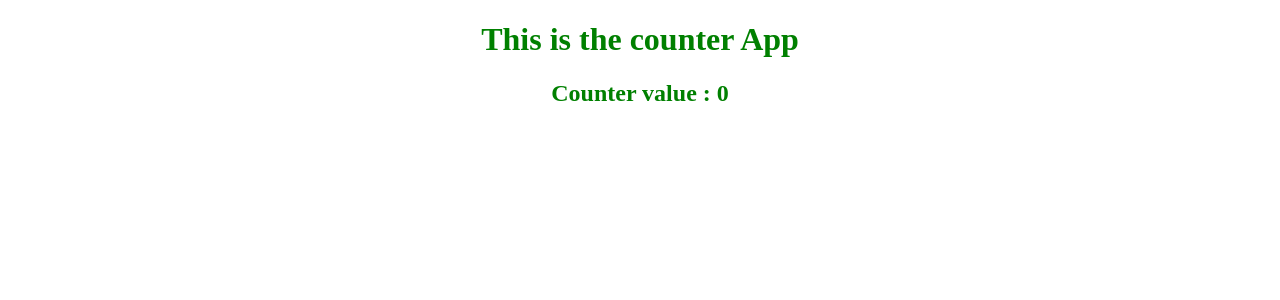
Repository: Gauravyadav678/GcounterApp
Page: / (app in gcounter/)
An editor plug-in stored every save of this project. The page is shown before and after a run of saves, followed by the edit.
The browser window is 1280 px wide. The pictures show the whole page.
The project was rebuilt for these pictures with package versions that can differ from the ones it lists, and the page was loaded fresh each time. Also part of the build but not shown: gcounter/src/index.css.

Above is the page before, as saved 2024-10-22 19:39:13.

After the next 3 saves:
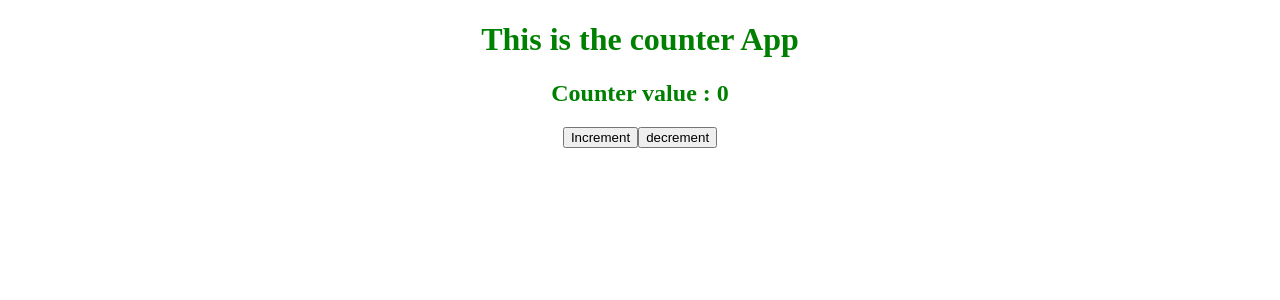
The 3 saves are shown as one change because 2 did not build or start.
The last was saved 5 min 0 s later.
--- a/gcounter/src/counter.js
+++ b/gcounter/src/counter.js
@@ -3,9 +3,19 @@ import React, {useState } from 'react';
 function CounterApp(){
 
     const [count, setCount]=useState(0);
+
+    const increment=()=>{
+        setCount(count+1);
+    }
+
+    const decrement = () => {
+        setCount(count-1);
+    }
     return(
         <>
         <h2>Counter value : {count}</h2>
+        <button onClick={increment}>Increment</button>
+        <button onClick={decrement}>decrement</button>
         </>
     )
 }
